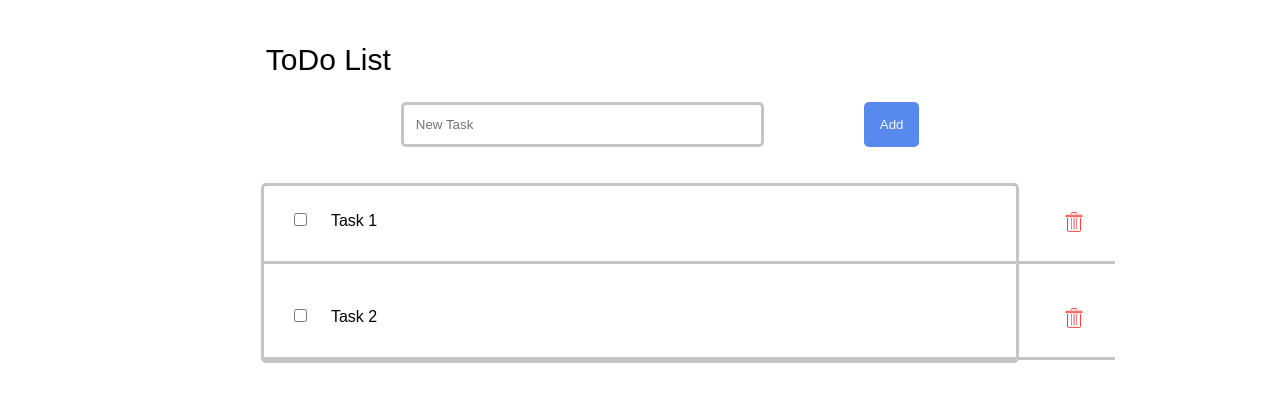
Repository: aknurkappar/web-development-2023
Page: Lab3/ToDoList/index.html
These files come from the project's save history. The page is drawn as it stood at one moment and after a run of saves; the edit follows.
The browser window is 1280 px wide. The pictures show the whole page.

Above is the page before, as saved 2023-02-15 14:17:50.

### Lab3/ToDoList/index.html
<!DOCTYPE html>
<html lang="en">
  <head>
    <meta charset="UTF-8" />
    <meta http-equiv="X-UA-Compatible" content="IE=edge" />
    <meta name="viewport" content="width=device-width, initial-scale=1.0" />
    <title>To do list</title>
    <link rel="stylesheet" href="index.css" />
    <script src="./index.js" async></script>
  </head>
  <body>
    <div class="to-do-list">
      <p class="header-text">ToDo List</p>
      <div class="adder">
        <input type="text" id="myInput" placeholder="New Task" />
        <button>Add</button>
      </div>

      <ul class="list">
        <li>
            <div class="item">
                <p> <input type="checkbox" /> Task 1</p>
                <button class="trash-button">
                    <img src="./assets/trash.png" alt="Trash icon">
                </button>
            </div>
            <br>
        </li>

        <li>
          <div class="item">
              <p> <input type="checkbox" /> Task 2</p>
              <button class="trash-button">
                  <img src="./assets/trash.png" alt="Trash icon">
              </button>
          </div>
      </li>
      </ul>


  </body>
</html>

### Lab3/ToDoList/index.css
body{
    display: flex;
    justify-content: center;
}

p{
    font-family: sans-serif;
}

.to-do-list{
    display: flex;
    flex-direction: column;
    justify-content: center;
    width: 60%;
    margin: 30px;
}
.header-text{
    margin: 5px;
    font-size: 30px;
    text-align: start;
}
.adder input{
    margin-left: 40px;
    width: 25em;
    padding: 12px;
    border: solid #c5c5c7;
    border-radius: 5px;
}
.adder{
    display: flex;
    justify-content: space-evenly;
    margin: 20px 0px;
}
.adder button{
    width: 55px;
    background-color: rgb(88, 137, 237);
    border: none;
    border-radius: 5px;
    color: aliceblue;
}
.list{
    border: solid #c5c5c7;
    border-radius: 5px;
}
.item{
    display: flex;
    justify-content: space-between;
    width: 831px;
    border-bottom: #c5c5c7 solid;
    margin: 0;
    padding: 10px;
}
.item button{
    background: none;
    border: none;
    margin: 15px;
}

.item input{
    margin: 0px 20px;
}

.trash-button img{
    width: 20px;
}

ul{
    list-style-type: none;
    padding: 0;
}

### Lab3/ToDoList/index.js
const item =
    `<li>
    <div class="item">
        <p> <input type="checkbox" /> Task 1</p>
        <button class="trash-button">
            <img src="./assets/trash.png" alt="Trash icon">
        </button>
    </div>
    <br>
</li>`

let itemArrayList = [
    {
        title : "clean house",
        isDone : false
    },
    {
        title : "do homework",
        isDone : false
    },
    {
        title : "make dinner",
        isDone : false
    }
]

let listElement = document.getElementsByTagName("list")
console.log(listElement)
console.log(item)

itemArrayList.forEach((e) => {
    let newItem = `<li>
    <div class="item">
        <p> <input type="checkbox" /> ${e.title}</p>
        <button class="trash-button">
            <img src="./assets/trash.png" alt="Trash icon">
        </button>
        </div>
        <br>
    </li>`
    console.log(newItem)


})

let inputLine = document.getElementById(myInput)

After the next 2 saves:
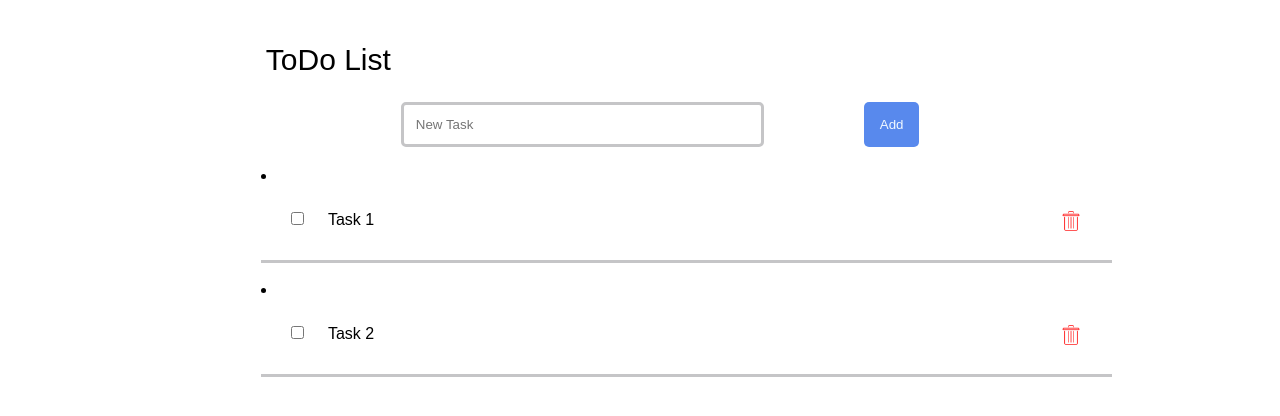
The 2 saves are shown as one change because they came seconds apart.
The last was saved 2 min 2 s later.
--- a/Lab3/ToDoList/index.html
+++ b/Lab3/ToDoList/index.html
@@ -15,7 +15,7 @@
         <input type="text" id="myInput" placeholder="New Task" />
         <button>Add</button>
       </div>
-
+      <div class
       <ul class="list">
         <li>
             <div class="item">

After the 3 saves that followed:
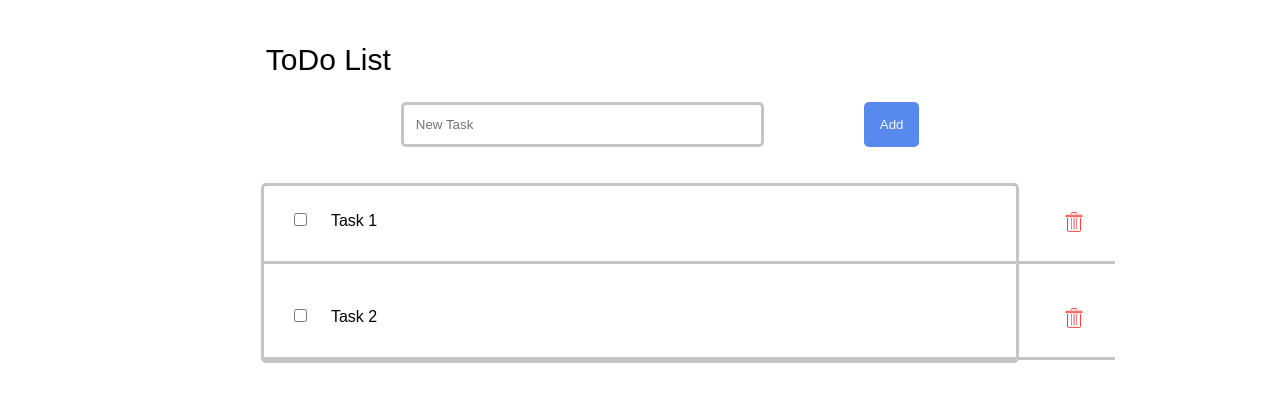
The 3 saves are shown as one change because they came seconds apart.
The last was saved 20 s later.
--- a/Lab3/ToDoList/index.html
+++ b/Lab3/ToDoList/index.html
@@ -15,7 +15,7 @@
         <input type="text" id="myInput" placeholder="New Task" />
         <button>Add</button>
       </div>
-      <div class
+      <div id="list-of-tasks">
       <ul class="list">
         <li>
             <div class="item">
